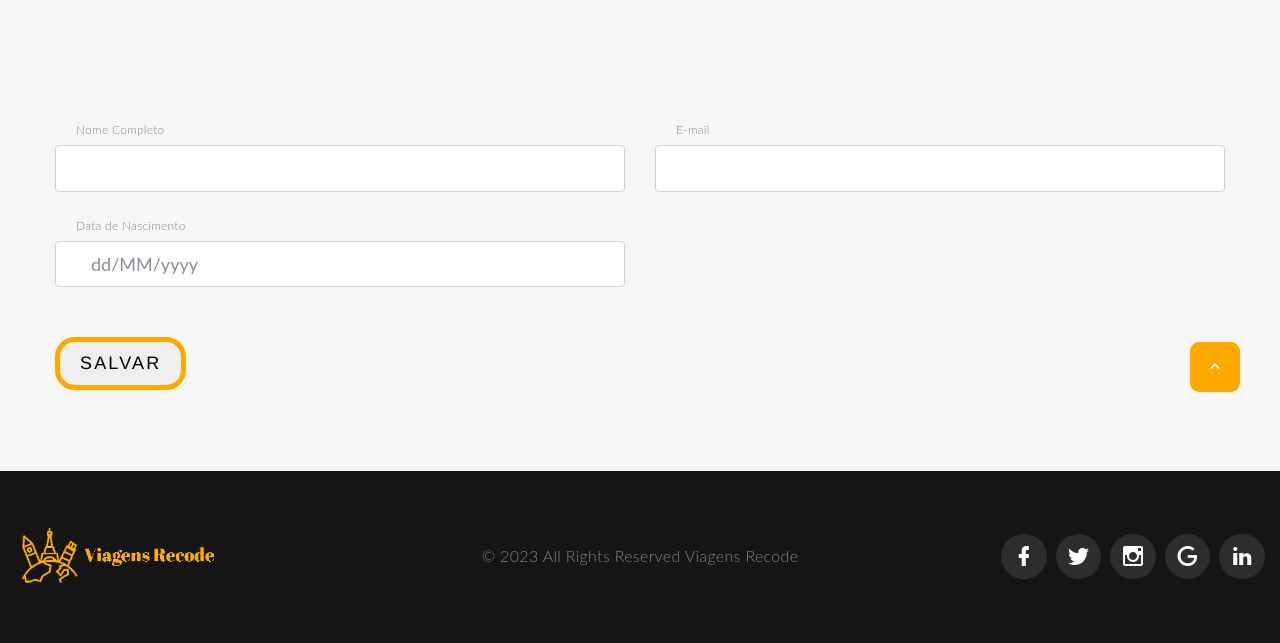
Repository: LiraS23/RecodePro2023-Modulo-4
Page: http://localhost/Modulo4/editarCliente.jsp
An editor plug-in stored every save of this project. The page is shown before and after the next save, followed by the edit.
The browser window is 1280 px wide. The pictures show the part of the page from y = 388 to 1138 px (the page is 1031 px tall before and 1138 px after).
Some web fonts or font styles are not loaded; a fallback is used. The page is served by Tomcat 10.

Above is the page before, as saved 2023-11-02 17:35:54.

After the next save:
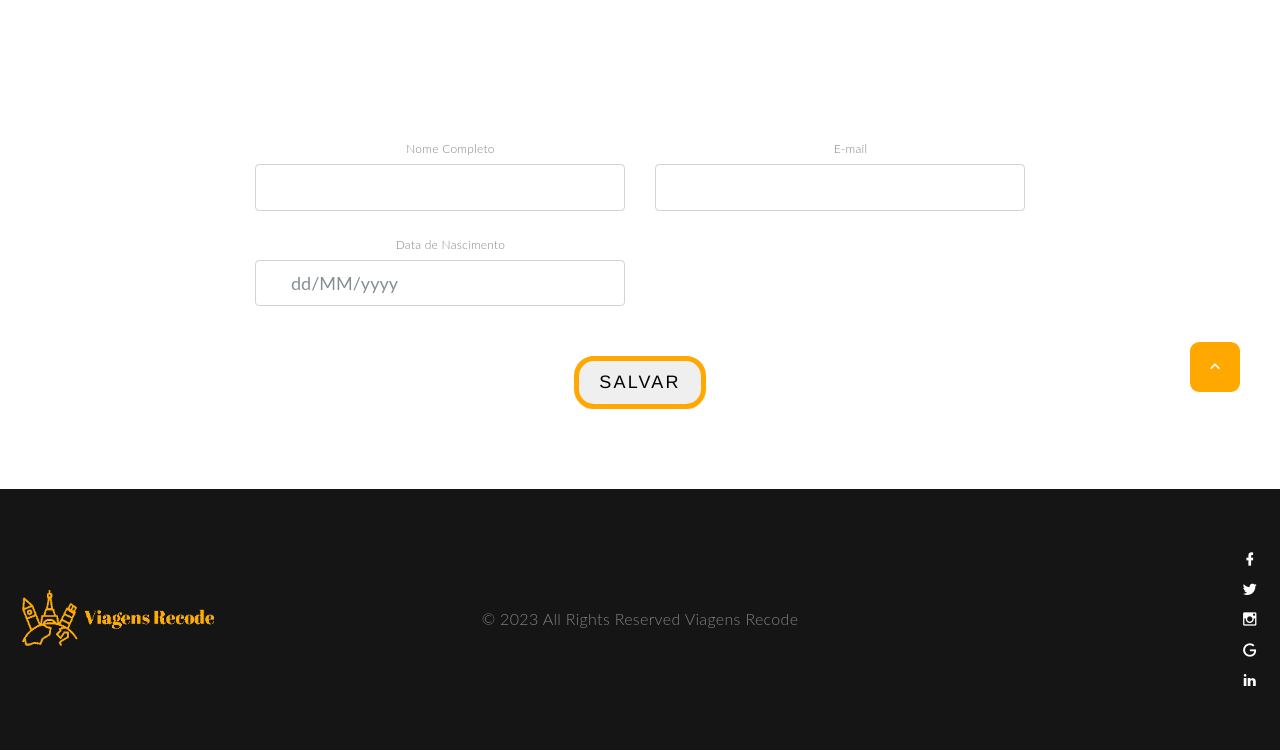
Saved 2 min 19 s later.
--- a/java/Modulo4/src/main/webapp/editarCliente.jsp
+++ b/java/Modulo4/src/main/webapp/editarCliente.jsp
@@ -82,13 +82,10 @@
 		</header>
 
 		<!-- Cadastro-->
-		<section
-			class="section section-wrap bg-gray-lighter novi-background bg-cover">
-			<div class="section-wrap-inner">
-				<div class="container container-bigger">
-					<div class="row">
-						<div class="col">
-							<div class="section section-lg">
+		<section class="section section-lg bg-default text-center">
+			<div class="container">
+				<div class="row justify-content-center">
+					<div class="col-md-8">
 								<!--form-->
 								<form class="" data-form-output="form-output-global"
 									data-form-type="contact" method="post"

After the save that followed:
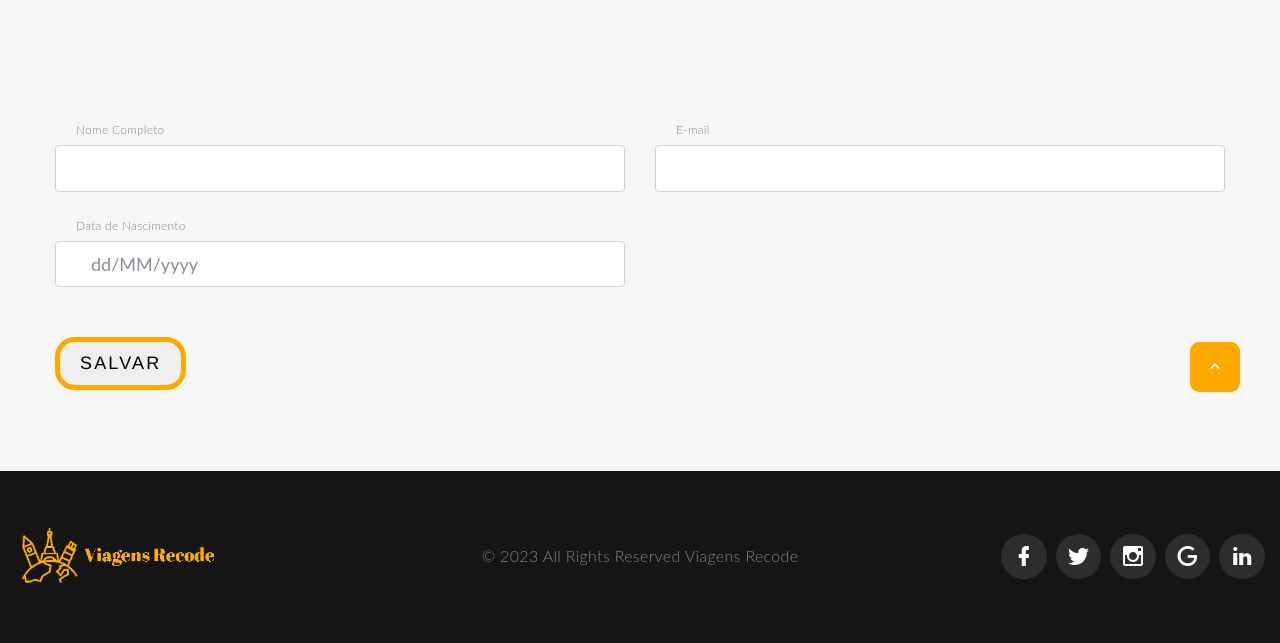
Saved 11 s later.
--- a/java/Modulo4/src/main/webapp/editarCliente.jsp
+++ b/java/Modulo4/src/main/webapp/editarCliente.jsp
@@ -82,10 +82,13 @@
 		</header>
 
 		<!-- Cadastro-->
-		<section class="section section-lg bg-default text-center">
-			<div class="container">
-				<div class="row justify-content-center">
-					<div class="col-md-8">
+		<section
+			class="section section-wrap bg-gray-lighter novi-background bg-cover">
+			<div class="section-wrap-inner">
+				<div class="container container-bigger">
+					<div class="row">
+						<div class="col">
+							<div class="section section-lg">
 								<!--form-->
 								<form class="" data-form-output="form-output-global"
 									data-form-type="contact" method="post"
